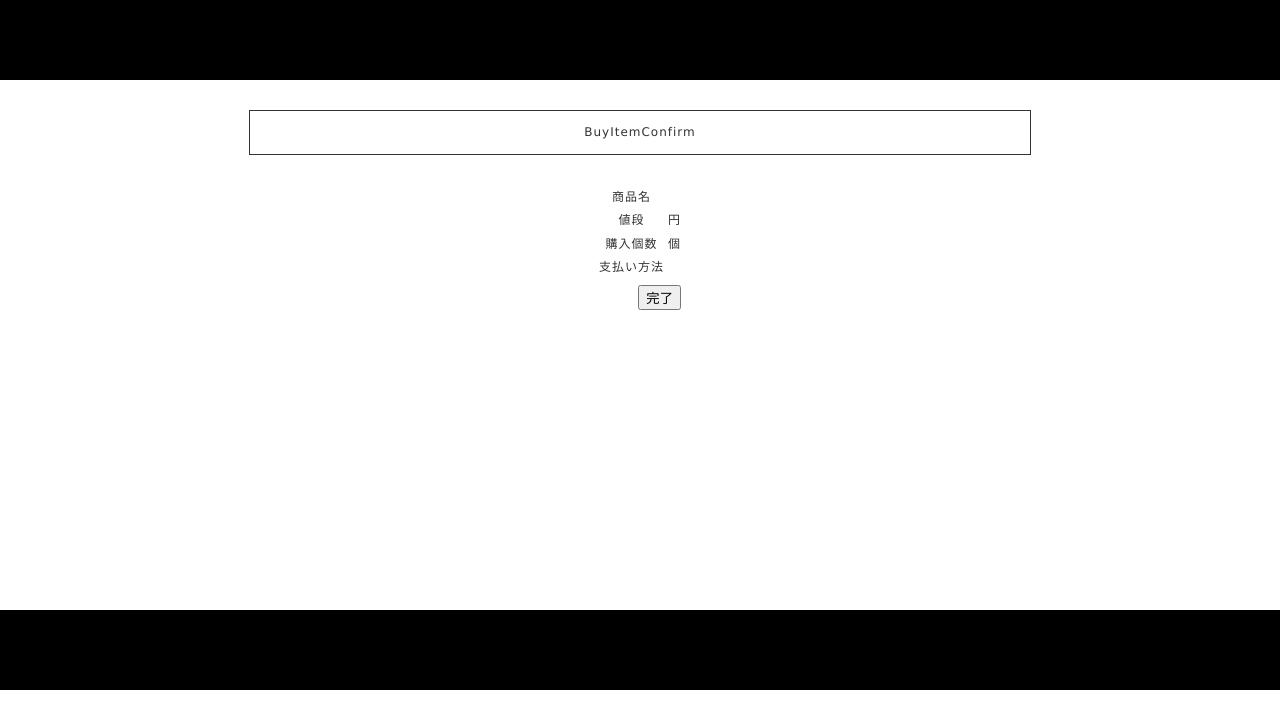
Repository: Hikaru1028/test2
Page: http://localhost/ecsite2/buyItemConfirm.jsp
An editor plug-in stored every save of this project. The page is shown before and after the next save, followed by the edit.
The browser window is 1280 px wide. The pictures show the whole page.
The page is served by Tomcat 9.

Above is the page before, as saved 2019-05-27 07:40:24.

After the next save:
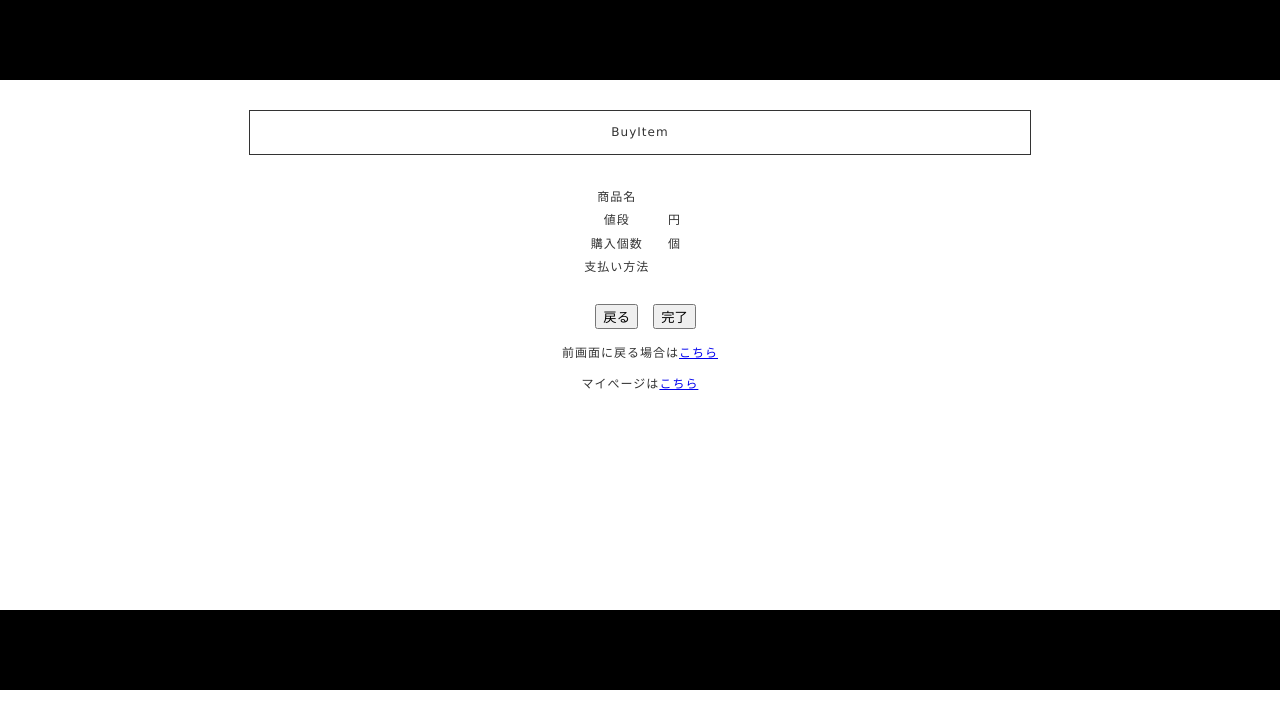
Saved 3 min 21 s later.
--- a/ecsite2/WebContent/buyItemConfirm.jsp
+++ b/ecsite2/WebContent/buyItemConfirm.jsp
@@ -35,16 +35,19 @@
             margin:30px auto;
             border:1px solid #333;
            }
+
    #header {
             width: 100%;
             height: 80px;
             background-color: black;
            }
+
      #main {
             width: 100%;
             height: 500px;
             text-align: center;
            }
+
    #footer {
              width: 100%;
              height: 80px;
@@ -53,72 +56,91 @@
             }
 
         </style>
+
+        <script type="text/javascript">
+              function submitAction(url) {
+               $('form').attr('action', url);
+               $('form').submit();
+              }
+</script>
+
 </head>
-<body>
-       <div id="header">
-             <div id="pr">
-            </div>
-       </div>
-       <div id="main">
-            <div id="top">
-                    <p>BuyItemConfirm</p>
-            </div>
-             <div>
-                  <s:form action="BuyItemConfirmAction">
-                  <table>
-                         <tr>
-                           <td>商品名</td>
-                           <td><s:property value="session.buyItem_name" /></td>
-
-                        </tr>
-                        <tr>
-                           <td>値段</td>
-                          <td>
-
-                               <s:property value="session.buyItem_price" />
-
-                                        <span>円</span>
-
-                          </td>
-
-                        </tr>
-                        <tr>
-
-                          <td>購入個数</td>
-                          <td>
-
-                                 <s:property value="session.stock" />
-
-                                       <span>個</span>
-                         </td>
-                         </tr>
-                         <tr>
-                          <td>支払い方法</td>
-                                <td><s:property value="session.pay" /></td>
-
-                        </tr>
 
 
+<body>
 
-                         <tr>
+<div id="header">
+<div id="pr">
+</div>
 
-                                <td><s:submit value="完了" /></td>
+</div>
+<div id="main">
 
-                        </tr>
-</table>
+<div id="top">
+
+<p>BuyItem</p>
+
+</div>
+<div>
+
+<s:form>
+
+<tr>
+
+<td>商品名</td>
+<td><s:property value="session.buyItem_name" /></td>
+
+</tr>
+<tr>
+
+<td>値段</td>
+<td><s:property value="session.total_price" /><span>円</span></td>
+
+</tr>
+<tr>
+
+<td>購入個数</td>
+<td><s:property value="session.count" /><span>個</span></td>
+
+</tr>
+<tr>
+
+<td>支払い方法</td>
+<td><s:property value="session.pay" /></td>
+
+</tr>
+<tr>
+
+<td><br></td>
+
+</tr>
+
+
+<tr>
+<td><input type="button" value="戻る"
+
+onclick="submitAction('HomeAction')" /></td>
+
+<td><input type="button" value="完了"
+
+onclick="submitAction('BuyItemConfirmAction')" /></td>
+
+</tr>
 </s:form>
 
-                      </div>
+</div>
+<div>
 
-                     </div>
-                        <div id="footer">
+<p>前画面に戻る場合は<a href='<s:url action="GoHomeAction" />'>こちら</a></p>
+<p>マイぺージは<a href='<s:url action="MyPageAction" />'>こちら</a></p>
 
-                       <div id="pr">
-                           </div>
+</div>
+</div>
+<div id="footer">
+<div id="pr">
+</div>
 
-                              </div>
-
-
+</div>
 
 </body>
 </html>
